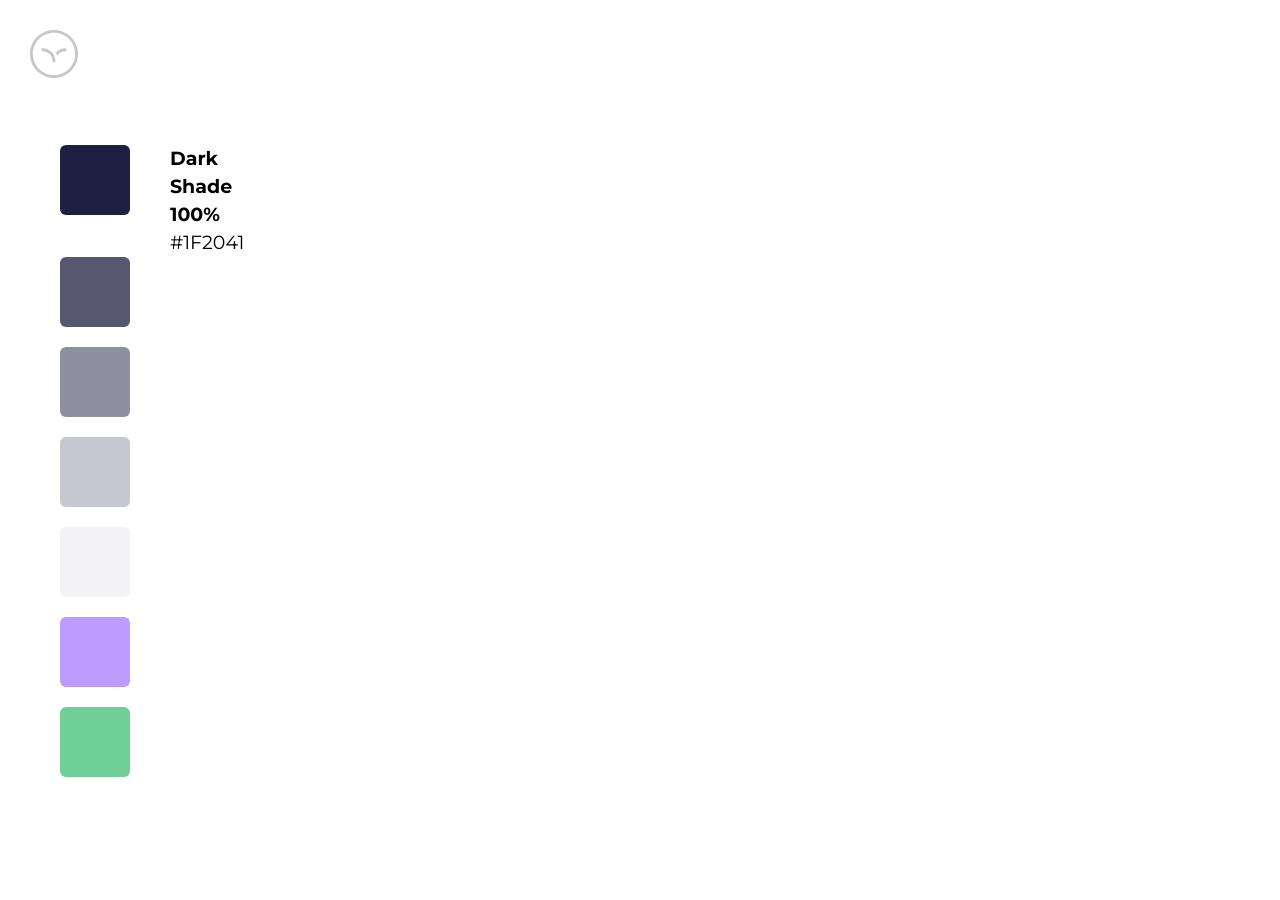
Repository: Inzhir2022/quatrain
Page: ui/index.html
These files come from the project's save history. The page is drawn as it stood at one moment and after the next save; the edit follows.
The browser window is 1280 px wide. The pictures show the whole page.

Above is the page before, as saved 2022-07-23 09:30:53.

### ui/index.html
<!DOCTYPE html>
<html lang="en">

<head>
  <meta charset="UTF-8">
  <meta http-equiv="X-UA-Compatible" content="IE=edge">
  <meta name="viewport" content="width=device-width, initial-scale=1.0">
  <link rel="preconnect" href="https://fonts.googleapis.com">
  <link rel="preconnect" href="https://fonts.gstatic.com" crossorigin>
  <link href="https://fonts.googleapis.com/css2?family=Montserrat:wght@400;700&display=swap" rel="stylesheet">
  <link rel="stylesheet" href="style.css">
  <title>UI</title>
</head>

<body>
  <div class="colorsAndTypes">
    <div class="container">
      <div class="colorsAndTypes__logo logo">
        <svg class="logo__icon" width="48" height="48" viewBox="0 0 48 48" xmlns="http://www.w3.org/2000/svg">
          <path d="M23.9989 32.4712C23.2224 32.4712 22.5871 31.8359 22.5871 31.0594C22.5871 25.6241 18.14 21.177 12.7047 21.177C11.9283 21.177 11.293 20.5418 11.293 19.7653C11.293 18.9888 11.9283 18.3535 12.7047 18.3535C19.7283 18.3535 25.4106 24.0359 25.4106 31.0594C25.4106 31.8359 24.7753 32.4712 23.9989 32.4712Z" />
          <path d="M36.7068 19.7653C36.7068 20.5418 36.0715 21.177 35.295 21.177C31.9421 21.177 28.9421 22.8712 27.1774 25.4476C26.7892 24.4594 26.3303 23.5418 25.7656 22.6947C28.095 20.0123 31.5186 18.3535 35.295 18.3535C36.0715 18.3535 36.7068 18.9888 36.7068 19.7653Z" />
          <path d="M24 48C10.7647 48 0 37.2353 0 24C0 10.7647 10.7647 0 24 0C37.2353 0 48 10.7647 48 24C48 37.2353 37.2353 48 24 48ZM24 2.82353C12.3176 2.82353 2.82353 12.3176 2.82353 24C2.82353 35.6824 12.3176 45.1765 24 45.1765C35.6824 45.1765 45.1765 35.6824 45.1765 24C45.1765 12.3176 35.6824 2.82353 24 2.82353Z" />
        </svg>
      </div>
      <div class="colors">
        <div class="colors__wrapper">
          <div class="colors__item colors__item_darkShade"></div>
          <div class="colors__title">Dark Shade 100%
            <span class="colors__subtitle">#1F2041</span>
          </div>
        </div>

        <div class="colors__wrapper">
          <div class="colors__item colors__item_darkShade_75"></div>
          <div class="colors__title"></div>
          <div class="colors__subtitle"></div>
        </div>
        <div class="colors__wrapper">
          <div class="colors__item colors__item_darkShade_50"></div>
          <div class="colors__title"></div>
          <div class="colors__subtitle"></div>
        </div>
        <div class="colors__wrapper">
          <div class="colors__item colors__item_darkShade_25"></div>
          <div class="colors__title"></div>
          <div class="colors__subtitle"></div>
        </div>
        <div class="colors__wrapper">
          <div class="colors__item colors__item_darkShade_5"></div>
          <div class="colors__title"></div>
          <div class="colors__subtitle"></div>
        </div>
        <div class="colors__wrapper">
          <div class="colors__item colors__item_purple"></div>
          <div class="colors__title"></div>
          <div class="colors__subtitle"></div>
        </div>
        <div class="colors__wrapper">
          <div class="colors__item colors__item_green"></div>
          <div class="colors__title"></div>
          <div class="colors__subtitle"></div>
        </div>

      </div>
    </div>
  </div>



</body>

</html>

### ui/style.css
:root {
  --darkShade_100: rgba(31, 32, 65, 1);
  --darkShade_75: rgba(31, 32, 65, .75);
  --darkShade_50: rgba(31, 32, 65, .5);
  --darkShade_25: rgba(31, 32, 65, .25);
  --darkShade_5: rgba(31, 32, 65, .05);
  --purple: rgb(188, 156, 255);
  --green: rgb(111, 207, 151);
}

body {
  position: relative;
  margin: 0;
  padding: 0;
  box-sizing: border-box;
  font-family: 'Montserrat', sans-serif;
}

.container {
  display: grid;
  grid-template-columns: repeat(12, 96.67px);
  column-gap: 20px;
  margin: 0 auto;
  max-width: 1160px;
  min-height: 900px;
}

.colorsAndTypes .container {
  grid-template-rows: 145px 1fr;
}

.colorsAndTypes__logo {
  position: absolute;
  top: 30px;
  left: 30px;
}
.logo__icon {
  fill: rgba(31, 32, 65, .25);
}

.colors {
  grid-column: 1;
  grid-row: 2;
}

.colors__wrapper {
  display: grid;
  grid-template-columns: 70px 1fr;
  column-gap: 40px;
  row-gap: 20px;
}

.colors__item {
  width: 70px;
  height: 70px;
  border-radius: 6px;
}

.colors__item_darkShade {
  background-color: var(--darkShade_100);
}
.colors__item_darkShade_75 {
  background-color: var(--darkShade_75);
}
.colors__item_darkShade_50 {
  background-color: var(--darkShade_50);
}
.colors__item_darkShade_25 {
  background-color: var(--darkShade_25);
}
.colors__item_darkShade_5 {
  background-color: var(--darkShade_5);
}
.colors__item_purple {
  background-color: var(--purple);
}
.colors__item_green {
  background-color: var(--green);
}

.colors__title {
  font-size: 19px;
  font-weight: 700;
  line-height: 28px;
}

.colors__subtitle {
  display: block;
  font-weight: 400;
}

After the next save:
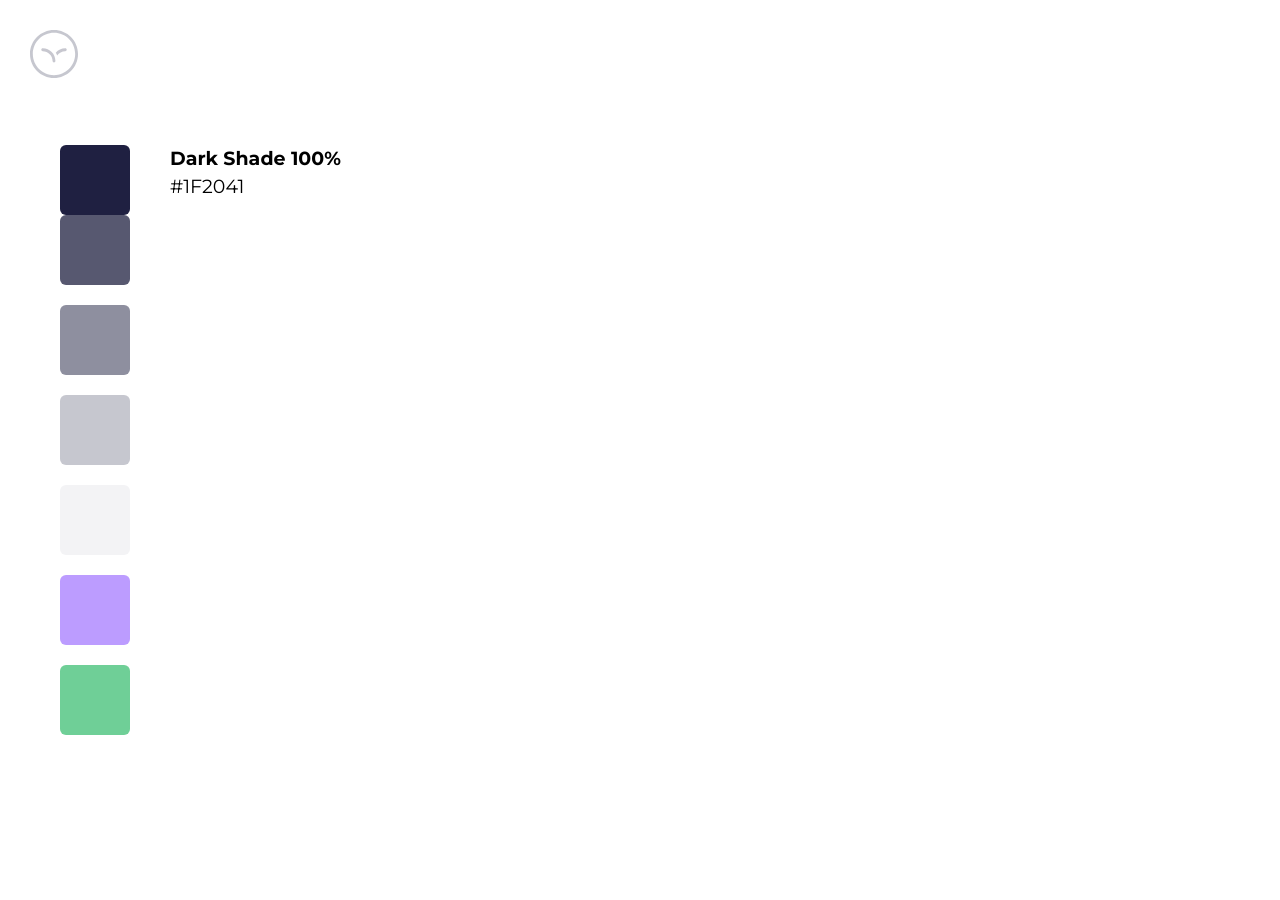
Saved 48 s later.
--- a/ui/style.css
+++ b/ui/style.css
@@ -39,7 +39,7 @@
 }
 
 .colors {
-  grid-column: 1;
+  grid-column: 1/4;
   grid-row: 2;
 }
 
